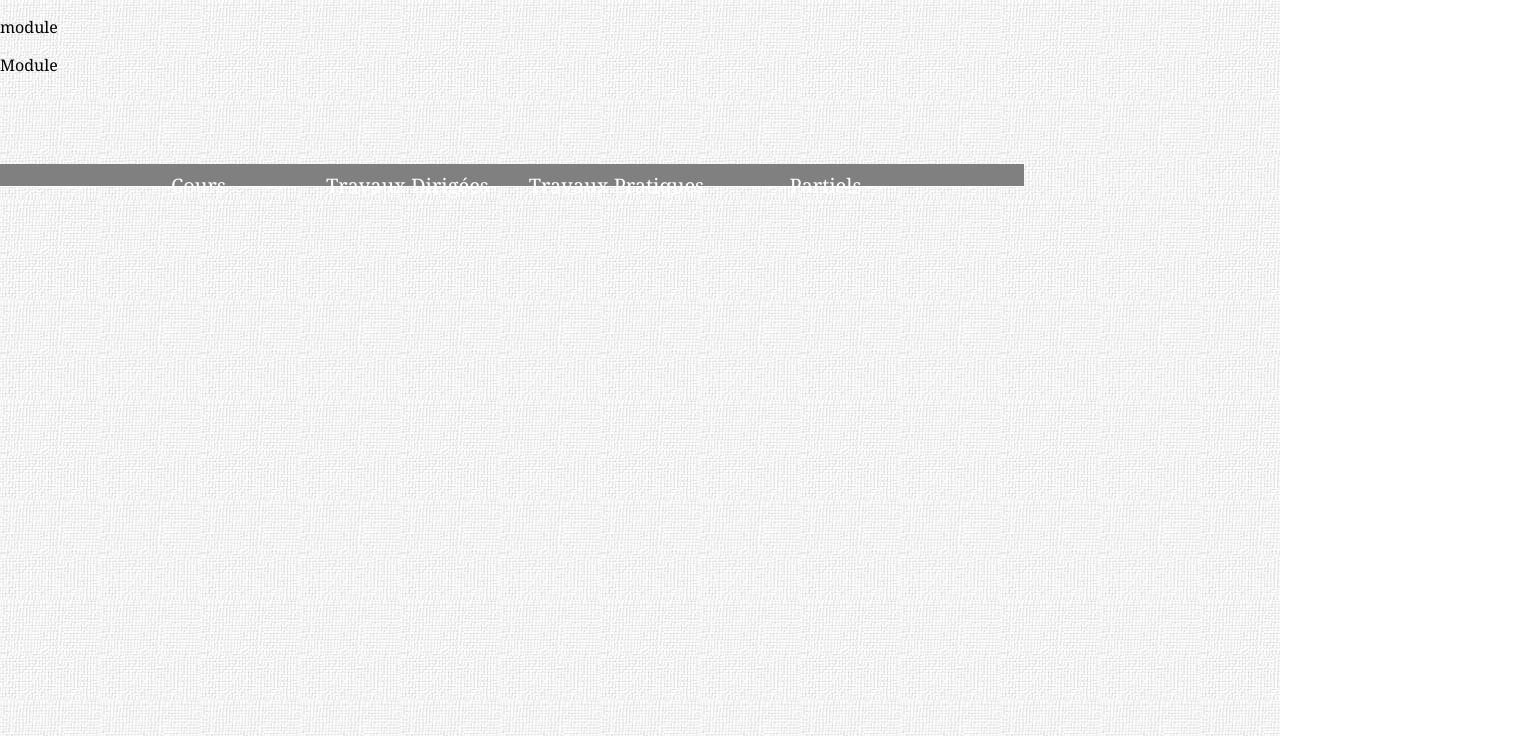
Repository: ValentinArg/PETUT
Page: http://localhost/PETUT/WEB-INF/jsp/eleve/semestre1.jsp
An editor plug-in stored every save of this project. The page is shown before and after the next save, followed by the edit.
The browser window is 1280 px wide. The page is 1280 px wide, then 1536 px, so the pictures cover 1536 px, including what lies to the right of the window. The pictures show the whole page.
After loading, the first visible `#boutonHautBas` was clicked once.
Some web libraries are served in a nearby version. The page is served by Tomcat 9. Nobody is signed in. The template is opened directly, without the code that normally fills it, so the values that code supplies are empty.

Above is the page before, as saved 2016-10-02 09:47:39.

After the next save:
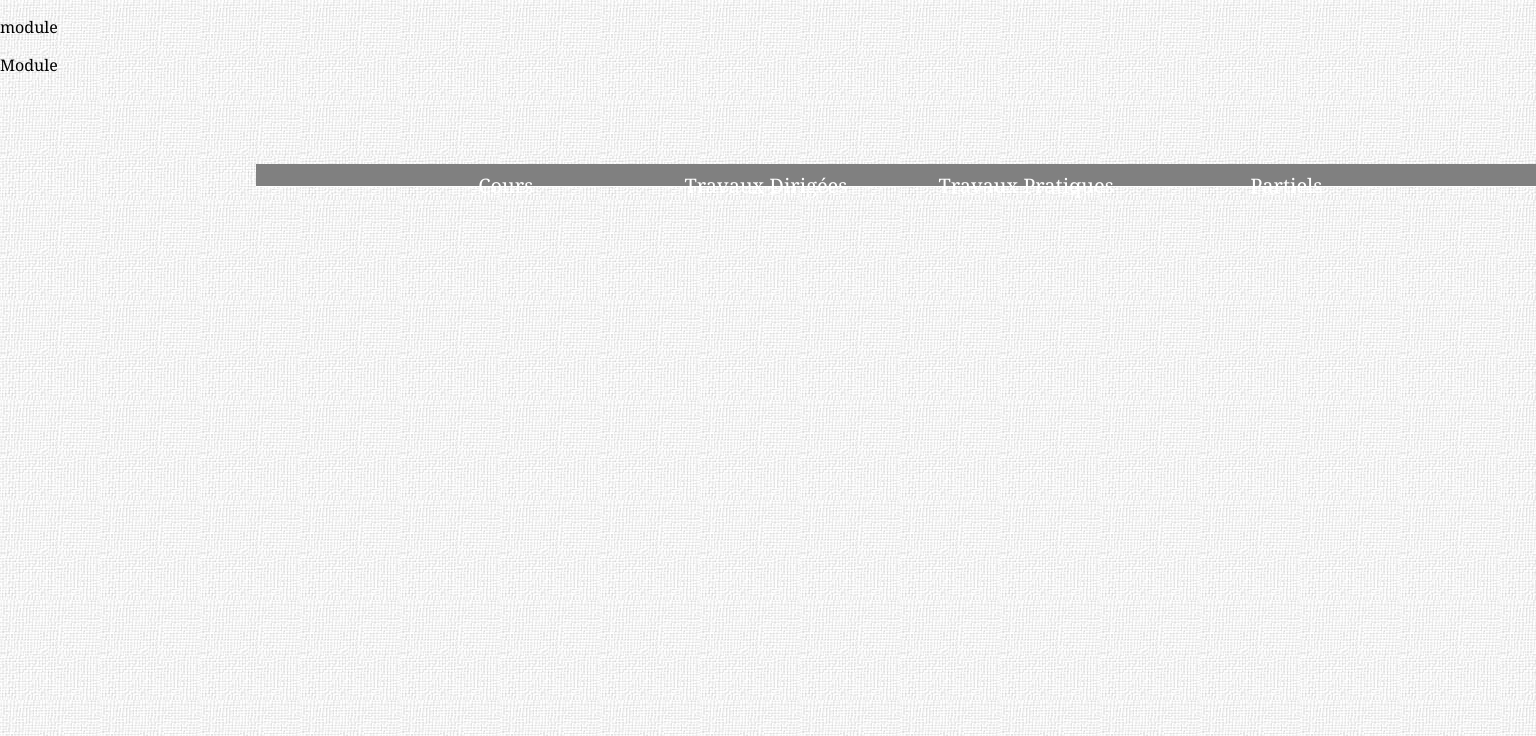
Saved 44 s later.
--- a/PETUT/WebContent/WEB-INF/jsp/eleve/semestre1.jsp
+++ b/PETUT/WebContent/WEB-INF/jsp/eleve/semestre1.jsp
@@ -54,7 +54,7 @@
 			if(!haut){
 				$('#navigation').slideUp(1000);
 				//document.getElementById('conteneurGeneral').style.marginLeft="0px"
-				$('#conteneurGeneral').animate({ "left": "-=20%" }, 1000 );
+				$('#conteneurGeneral').animate({ "width": "+=20%" }, 1000 );
 				haut = true;
 			}else{
 				$('#navigation').slideDown();
